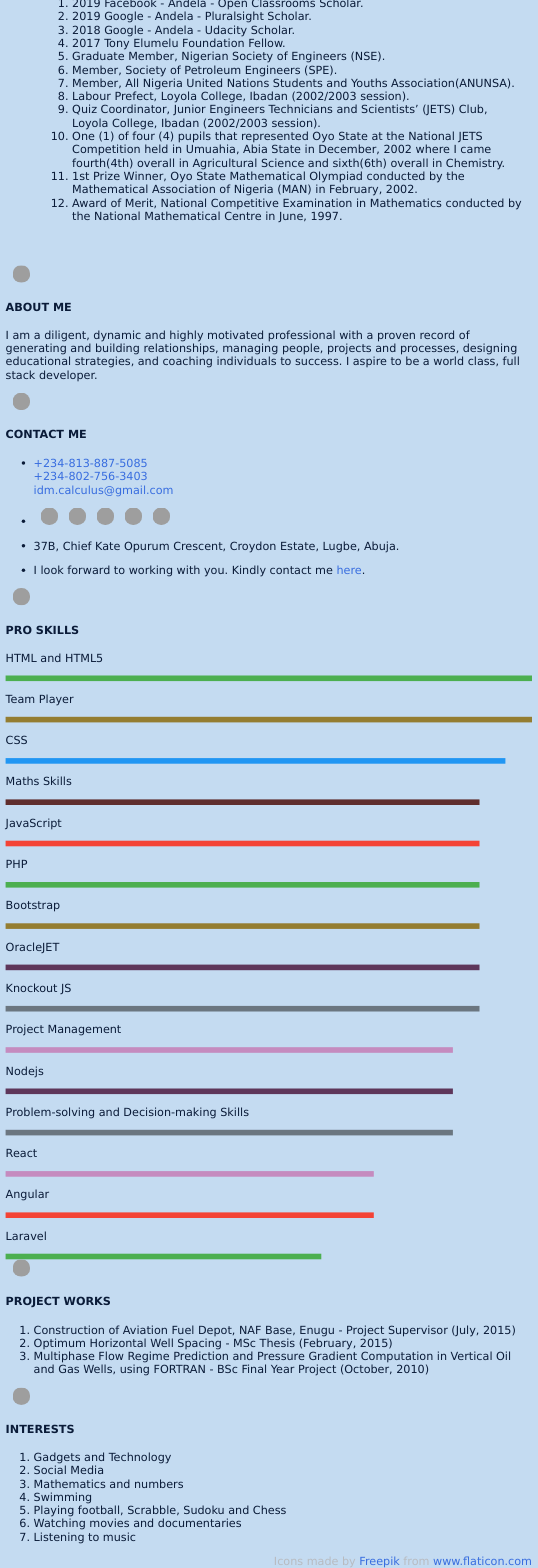
Repository: idmcalculus/DamilolaCV
Page: index.html
These files come from the project's save history. The page is drawn as it stood at one moment and after the next save; the edit follows.
The browser window is 768 px wide. The pictures show the part of the page from y = 2510 to 4750 px (the page is 4750 px tall before and 3053 px after), at 70% of full size.
Pictures or frames that could not be fetched are drawn as grey boxes.

Above is the page before, as saved 2019-11-18 23:28:56.

After the next save:
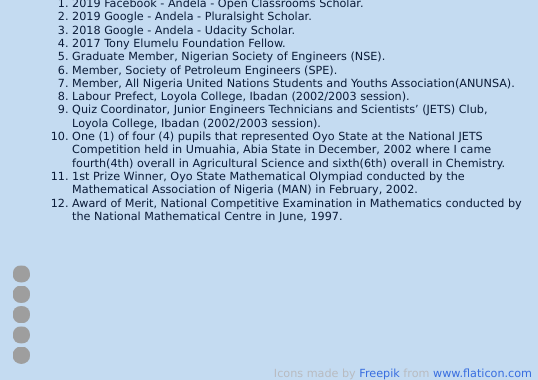
Saved 103 s later.
--- a/style.css
+++ b/style.css
@@ -222,6 +222,10 @@
     width: 200px;
   }
 
+  div .profile-wordings {
+    display: none;
+  }
+
   div .profile-wordings-mobile {
     display: block;
     padding: 0px;
